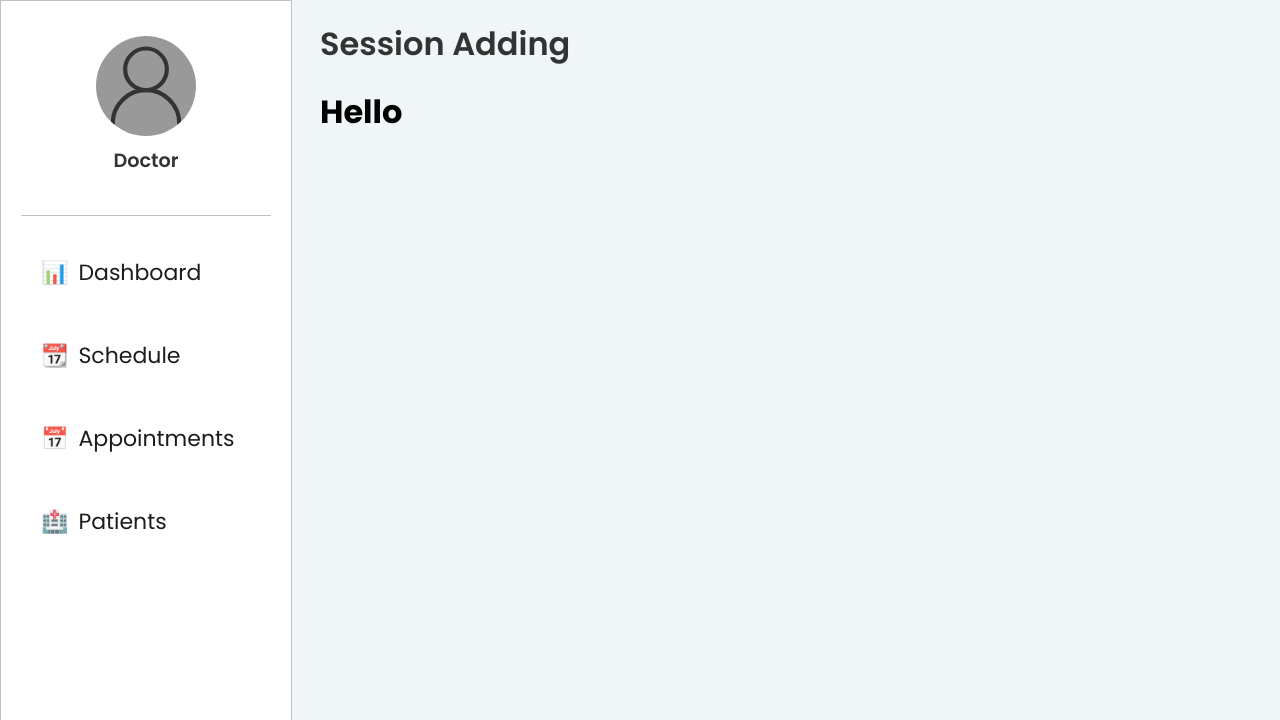
Repository: AriaFantom/Minor-Project
Page: http://localhost/Project/dashboard/doctor/schedule/create.jsp
These files come from the project's save history. The page is drawn as it stood at one moment and after the next save; the edit follows.
The browser window is 1280 px wide. The pictures show the whole page.
Some web fonts or font styles are not loaded; a fallback is used. The page is served by Tomcat 10.

Above is the page before, as saved 2024-12-12 20:06:39.

After the next save:
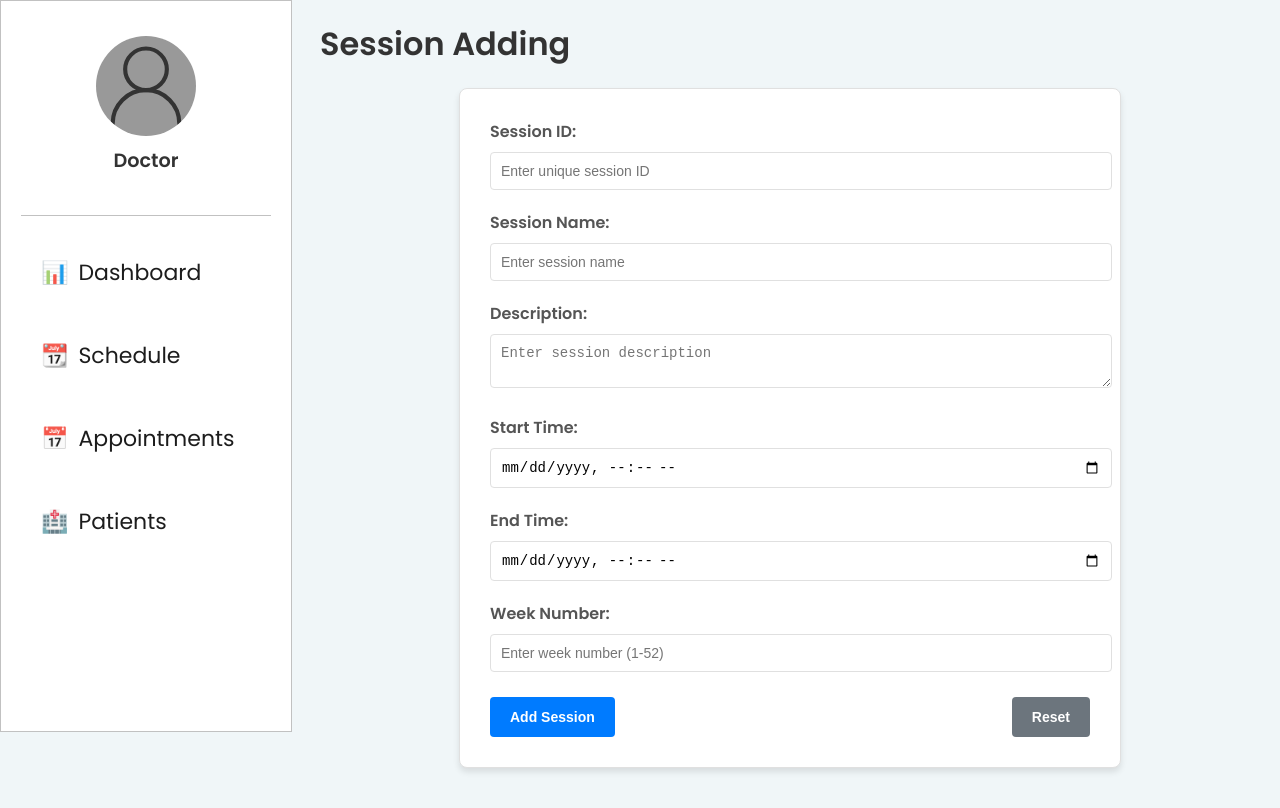
Saved 3 min 5 s later.
--- a/Project/src/main/webapp/dashboard/doctor/schedule/create.jsp
+++ b/Project/src/main/webapp/dashboard/doctor/schedule/create.jsp
@@ -51,10 +51,57 @@
         <h4 class="panel-heading">Session Adding</h4>
     </div>
 
-    <div class="container2">
+    <div class="session-form-container">
+    <form action="AddSessionServlet" method="post" class="session-form" onsubmit="return validateForm()">
+        <%-- Hidden input for doctor_id will be populated from logged-in session --%>
+        <input type="hidden" name="doctor_id" value="${sessionScope.doctorId}">
 
-    <h1>Hello</h1>
-    </div>
+        <div class="form-group">
+            <label for="id">Session ID:</label>
+            <input type="text" id="id" name="id" required
+                   pattern="[A-Za-z0-9]+"
+                   title="Session ID must contain only letters and numbers"
+                   placeholder="Enter unique session ID">
+        </div>
+
+        <div class="form-group">
+            <label for="name">Session Name:</label>
+            <input type="text" id="name" name="name" required
+                   maxlength="100"
+                   placeholder="Enter session name">
+        </div>
+
+        <div class="form-group">
+            <label for="description">Description:</label>
+            <textarea id="description" name="description"
+                      maxlength="500"
+                      placeholder="Enter session description"></textarea>
+        </div>
+
+        <div class="form-group">
+            <label for="start_time">Start Time:</label>
+            <input type="datetime-local" id="start_time" name="start_time" required>
+        </div>
+
+        <div class="form-group">
+            <label for="end_time">End Time:</label>
+            <input type="datetime-local" id="end_time" name="end_time" required>
+        </div>
+
+        <div class="form-group">
+            <label for="week">Week Number:</label>
+            <input type="number" id="week" name="week"
+                   min="1" max="52"
+                   required
+                   placeholder="Enter week number (1-52)">
+        </div>
+
+        <div class="form-actions">
+            <button type="submit" class="btn btn-primary">Add Session</button>
+            <button type="reset" class="btn btn-secondary">Reset</button>
+        </div>
+    </form>
+</div>
 </main>
 </body>
 </html>
